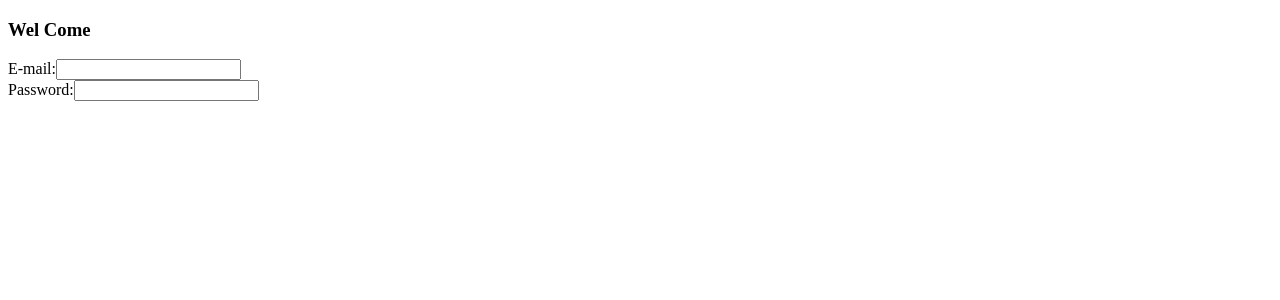
Repository: iamvinayhv/Servlets
Page: App2/WebContent/ html/login.html
These files come from the project's save history. The page is drawn as it stood at one moment and after the next save; the edit follows.
The browser window is 1280 px wide. The pictures show the whole page.

Above is the page before, as saved 2017-03-04 04:35:48.

### App2/WebContent/ html/login.html
<!DOCTYPE html>
<html>
<head>
<h3>Wel Come</h1>
<meta charset="UTF-8">
<title>Login</title>
</head>
<body>

<form action="">
E-mail:<input type="text" name="mail"><br/>
Password:<input type="password" name="pwd"><br/>
</form>

</body>
</html>

After the next save:
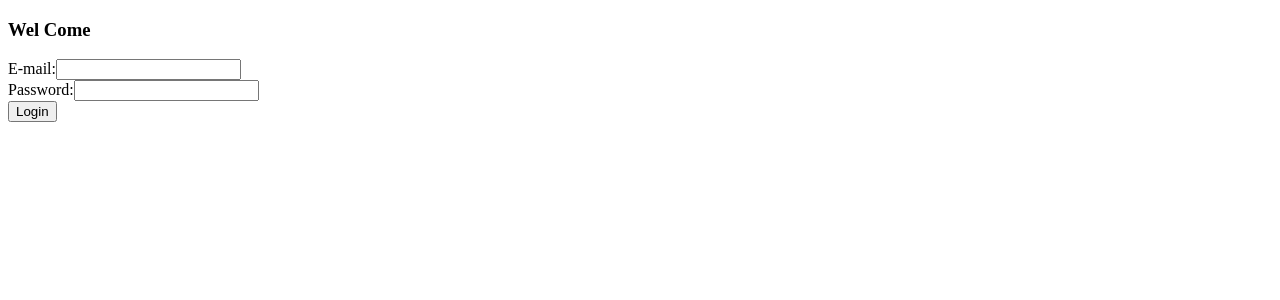
Saved 15 min 56 s later.
--- a/App2/WebContent/ html/login.html
+++ b/App2/WebContent/ html/login.html
@@ -10,6 +10,7 @@
 <form action="">
 E-mail:<input type="text" name="mail"><br/>
 Password:<input type="password" name="pwd"><br/>
+<input type="submit" value="Login">
 </form>
 
 </body>
